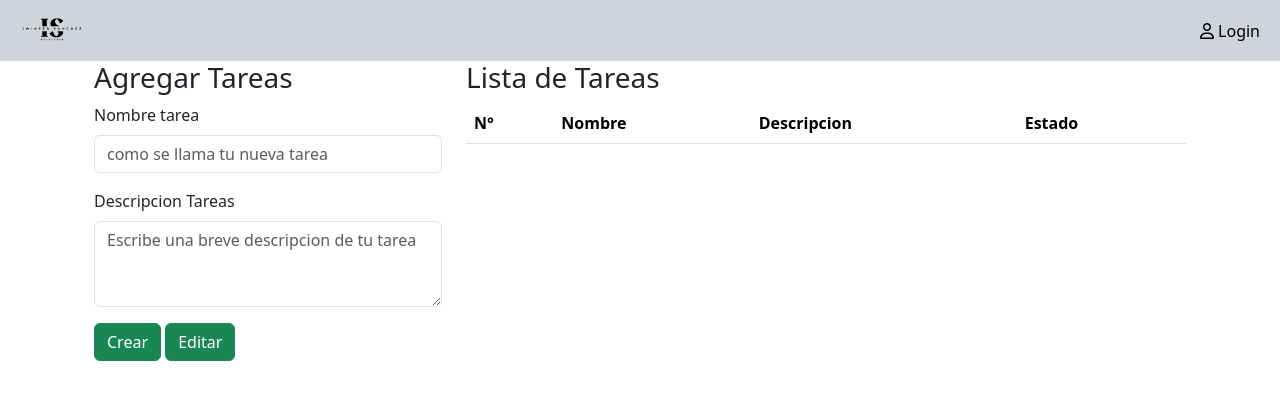
Repository: iwinser117/lista-Tareas
Page: src/public/index.html
An editor plug-in stored every save of this project. The page is shown before and after the next save, followed by the edit.
The browser window is 1280 px wide. The pictures show the whole page.
The page's requests for data from a server got no answer. Some web libraries are served in a nearby version.

Above is the page before, as saved 2023-01-05 08:24:30.

After the next save:
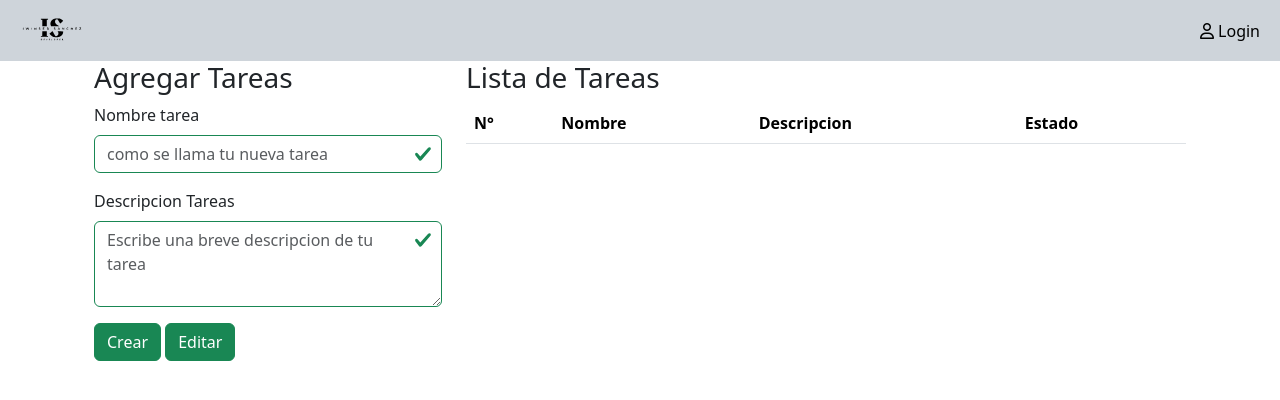
Saved 2 min 0 s later.
--- a/src/public/index.html
+++ b/src/public/index.html
@@ -62,7 +62,7 @@
 
       <div class="container-md row  m-auto">
         <section class="col-sm-4 container w-30">
-        <div>
+        <div class="was-validated">
           <h3>Agregar Tareas</h3>
           <div class="mb-3">
             <label for="nameTarea" class="form-label">Nombre tarea</label>
